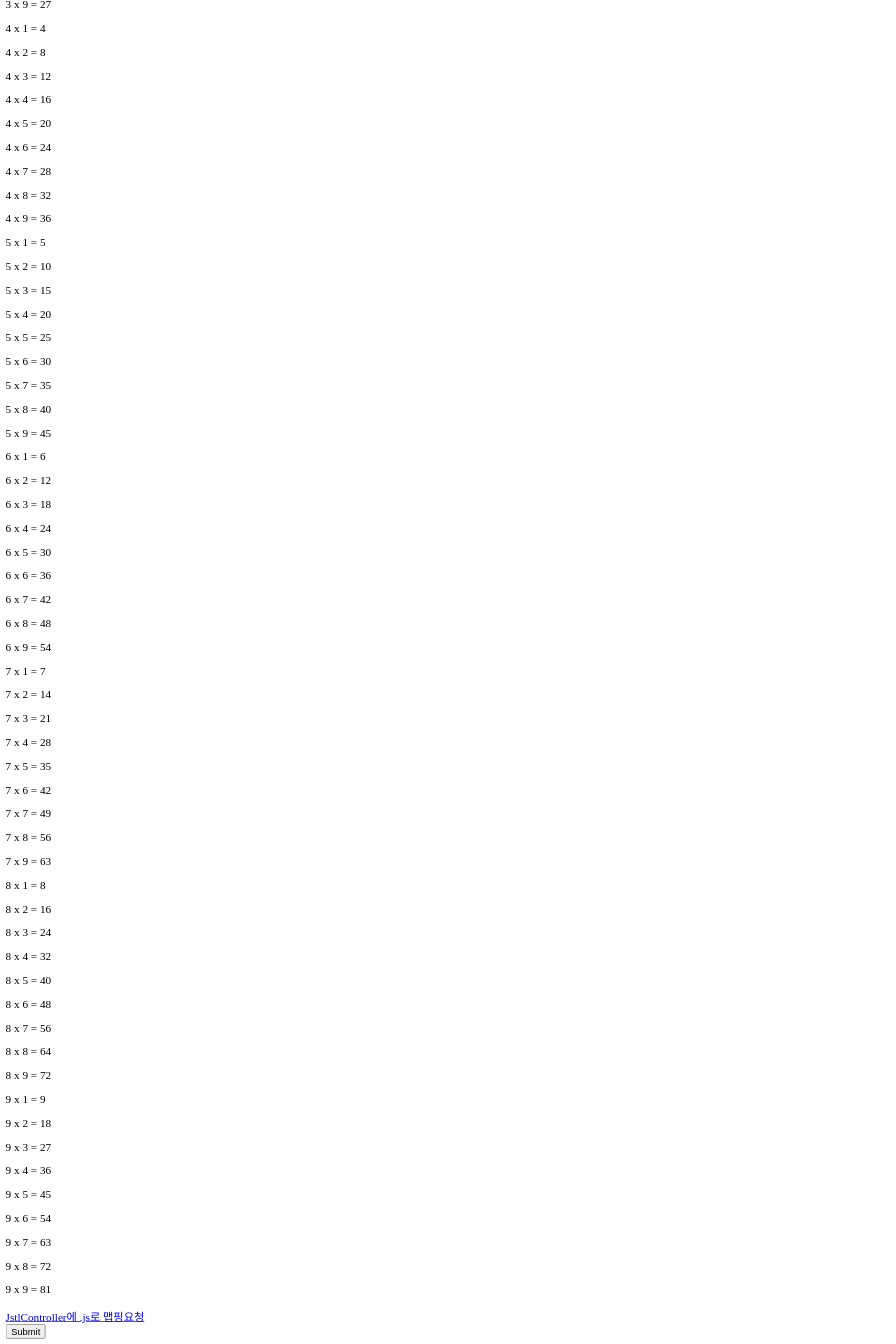
Repository: SanctusAlbino/Jsp_Servlet
Page: http://localhost/05.Mybatis/jstl/list.jsp
An editor plug-in stored every save of this project. The page is shown before and after the next save, followed by the edit.
The browser window is 1280 px wide. The pictures show the part of the page from y = 1362 to 3282 px (the page is 3282 px tall), at 70% of full size.
The page is served by Tomcat 9. Other server files are loaded and not shown. The template is opened directly, without the code that normally fills it, so the values that code supplies are empty.

Above is the page before, as saved 2023-05-23 02:37:02.

### 05.Mybatis/src/main/webapp/jstl/list.jsp
<%@ page language="java" contentType="text/html; charset=UTF-8"
    pageEncoding="UTF-8"%>
<%@ taglib uri="http://java.sun.com/jsp/jstl/core" prefix="c" %>
<!DOCTYPE html>
<html>
<head>
<meta charset="UTF-8">
<title>Insert title here</title>
</head>
<body>
	<h1>JSTL 사용 (EL 문법 사용 (Express Language 자바 표현문법))</h1>
	<p>JSP 개발을 좀 더 편하고 단순화하기 위한 태그 라이브러리 (JSTL)</p>
	<p>JSTL: Jsp Standard Tag Library</p>
	<h3> Core (jstl/core)</h3>
	<p>jstl은 용도에 따라서 uri(기능)이 나눠져있고 해당하는 기능을 jsp페이지에서 어떤 구분자로 쓸지 prefix로 지정</p>
	<p>jsp==> jstl, html ==> 타임리프(추후 배움 구조가 비슷함)</p>
	<% int num=100; %> <!--자바코드를 이용해서 변수를 선언  -->
	<c:set var="num1" value="200"/> <!-- jstl태그 이용해서 변수 선언  -->
	<p>변수 num: <%= num  %> </p>
	<h4> El 문법</h4>
	<p>자바코드로 변수를 만들거나 코드처리 x</p>
	<p>변수 num : ${num }</p>
	<p>변수 num1 : ${num1 }</p>
	<c:set var="num2" value="300"/>
	<p>변수의 합: ${num1+num2}</p>
	<%-- <%=request.getAttribute("key") %> --%>
	<p>el: ${key1} </p>
	<p>el: ${key2} </p>
	<p>el: ${key3} </p>
	<!-- jstlController에서 변수 3개를 더 request 객체를 통해서 보내보고 el로 표현해보기  -->
	 <p>el: ${kim1} </p>
	 <p>el: ${kim2} </p>
	 <p>el: ${kim3} </p>
	 <c:if test="${num2 == 300}">
	 	<p>300과 같습니다 core if</p>
	 </c:if>
	 <!-- 구구단의 결과값만 p 태그로 출력해보기  -->
	 <c:forEach var="i" begin="2" end="9">
	 	<c:forEach var="j" begin="1" end="9">
	 		<p>${i} x ${j} = ${i*j}</p>
	 	</c:forEach>
	 </c:forEach>
	 <!-- 페이지 전환을 Controller를 하고싶음.
	 	listdetail.js 요청을 하면 해당하는 맵핑을 판독하여 jstl폴더하위에 listdetail.jsp파일로 응답을 하고싶다.

	 	url이 바뀜. => a 태그, form 태그
	 -->
	<a href="listdetail.js">JstlController에 .js로 맵핑요청</a>
	<form action="listdetail.js">
		<input type= "submit">
	</form>

</body>
</html>

After the next save:
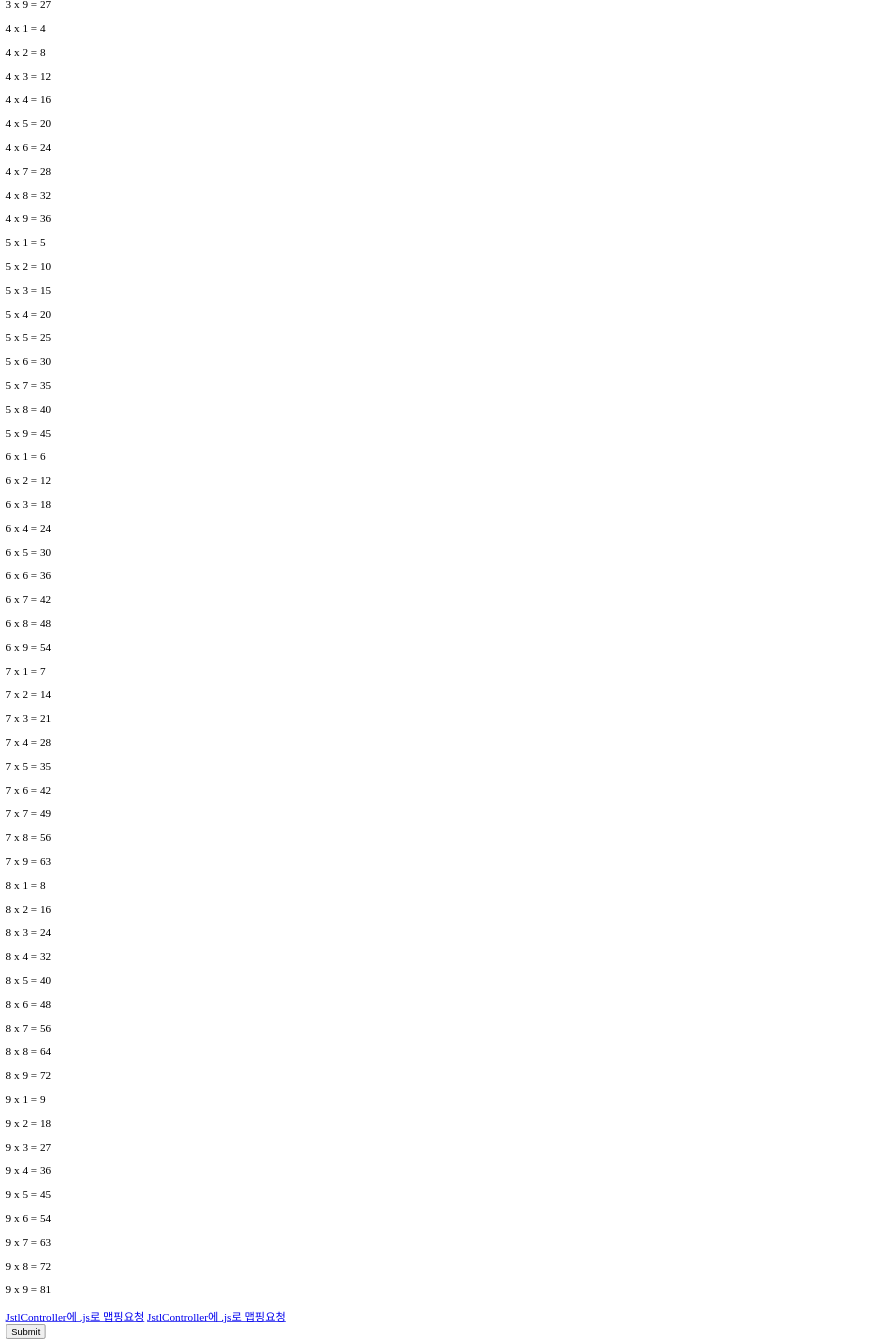
Saved 2 min 8 s later.
--- a/05.Mybatis/src/main/webapp/jstl/list.jsp
+++ b/05.Mybatis/src/main/webapp/jstl/list.jsp
@@ -46,7 +46,10 @@
 	 	url이 바뀜. => a 태그, form 태그
 	 -->
 	<a href="listdetail.js">JstlController에 .js로 맵핑요청</a>
+	<a href="listdetail.js?q_bbsCode=1013">JstlController에 .js로 맵핑요청</a>
 	<form action="listdetail.js">
+		<input type= "hidden" value="1013" name="q_bbsCode">
+
 		<input type= "submit">
 	</form>
 
